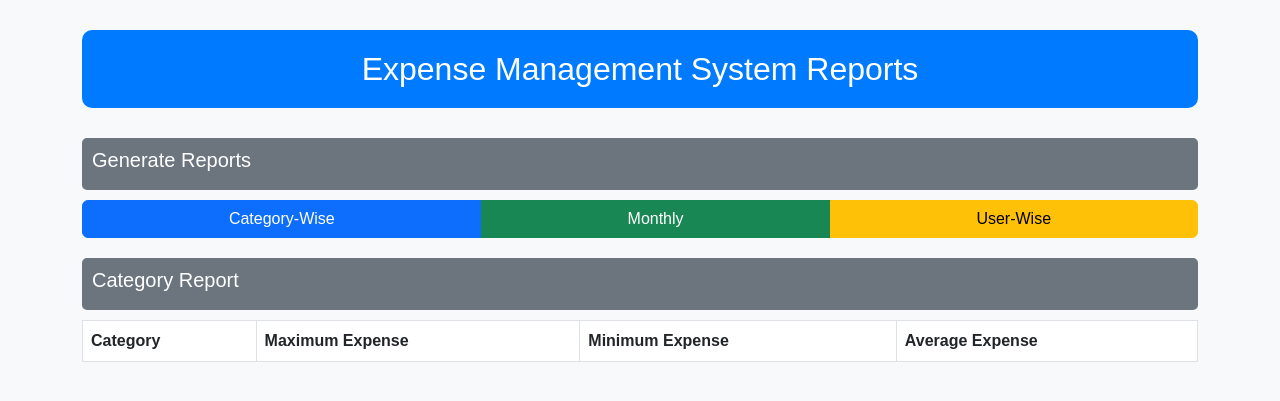
Repository: omlokhande1212/Expense-management
Page: http://localhost/Demo/adminReports.jsp?reportType=category
The author's editor kept a copy of each file at every save. The page is drawn from the files as they stood at one save, then again after the next save.
The browser window is 1280 px wide. The pictures show the whole page.
The page is served by Tomcat 10. Queries for data that is not in the repository find no rows.

Above is the page before, as saved 2024-11-28 18:35:38.

After the next save:
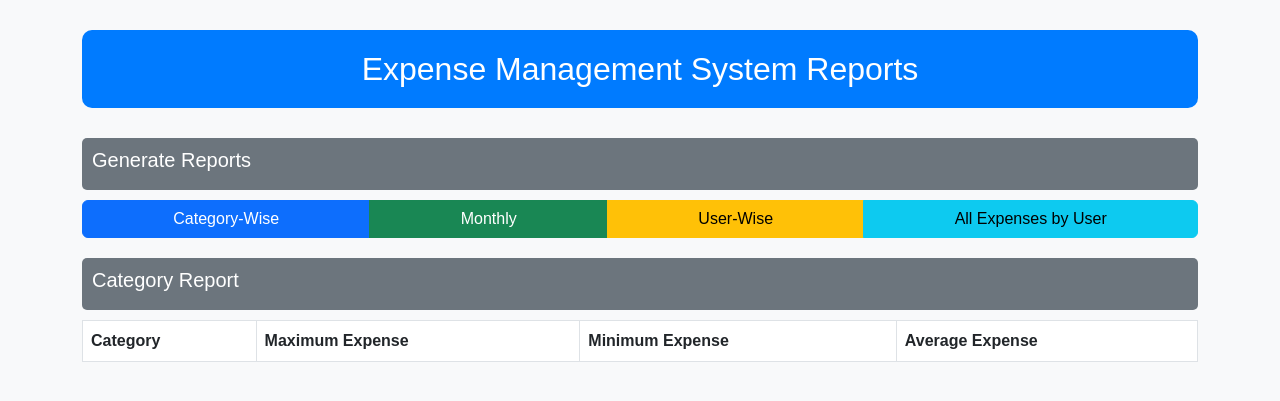
Saved 69 s later.
--- a/expense/Demo/src/main/webapp/adminReports.jsp
+++ b/expense/Demo/src/main/webapp/adminReports.jsp
@@ -50,6 +50,8 @@
         <button onclick="location.href='?reportType=category'" class="btn btn-primary">Category-Wise</button>
         <button onclick="location.href='?reportType=monthly'" class="btn btn-success">Monthly</button>
         <button onclick="location.href='?reportType=user'" class="btn btn-warning">User-Wise</button>
+        <button onclick="location.href='?showAllExpenses=true'" class="btn btn-info">All Expenses by User</button>
+
     </div>
 
     <%
